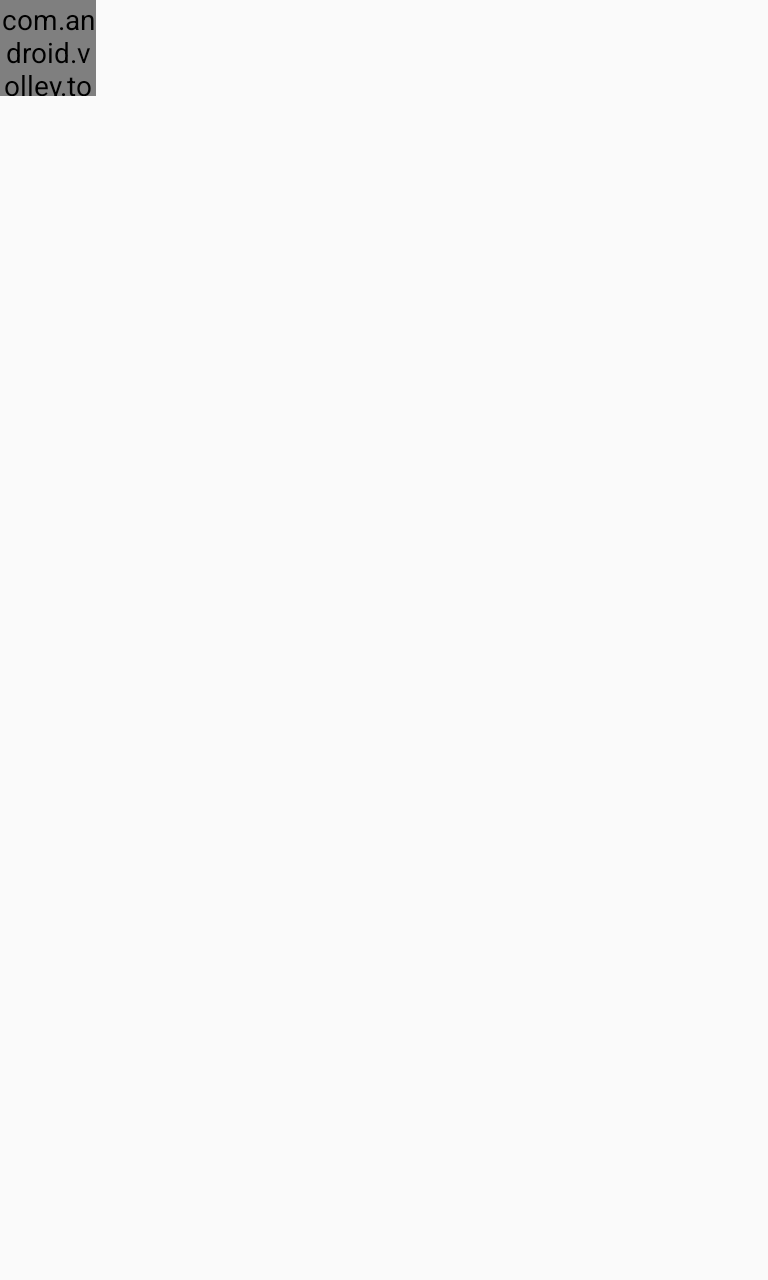
Repository: Sror/android_gdgjp_io
Layout: GoogleIOVolley/res/layout/row_beer.xml
The author's editor kept a copy of each file at every save. The layout is drawn from the files as they stood at one save, then again after the next save.
Pictures or frames that could not be fetched are drawn as grey boxes. It is drawn on a 768 x 1280 px phone screen (xhdpi) without system bars, with theme AppTheme; the app's code is not run.

Above is the layout before, as saved 2014-06-25 03:00:09.

### GoogleIOVolley/res/layout/row_beer.xml
<?xml version="1.0" encoding="utf-8"?>
<LinearLayout xmlns:android="http://schemas.android.com/apk/res/android"
    android:layout_width="match_parent"
    android:layout_height="56dp"
    android:layout_gravity="center_vertical"
    android:orientation="horizontal" >

    <com.android.volley.toolbox.NetworkImageView
        android:id="@+id/iv_thumb"
        android:layout_width="48dp"
        android:layout_height="48dp"
        android:scaleType="fitCenter" />

    <TextView
        android:id="@+id/tv_beer_name"
        android:layout_width="match_parent"
        android:layout_height="48dp"
        android:gravity="center_vertical" />

</LinearLayout>

Loaded but not shown: GoogleIOVolley/res/values/styles.xml (common file); GoogleIOVolley/res/values-v11/styles.xml (common file); GoogleIOVolley/res/values-v14/styles.xml (common file)

After the next save:
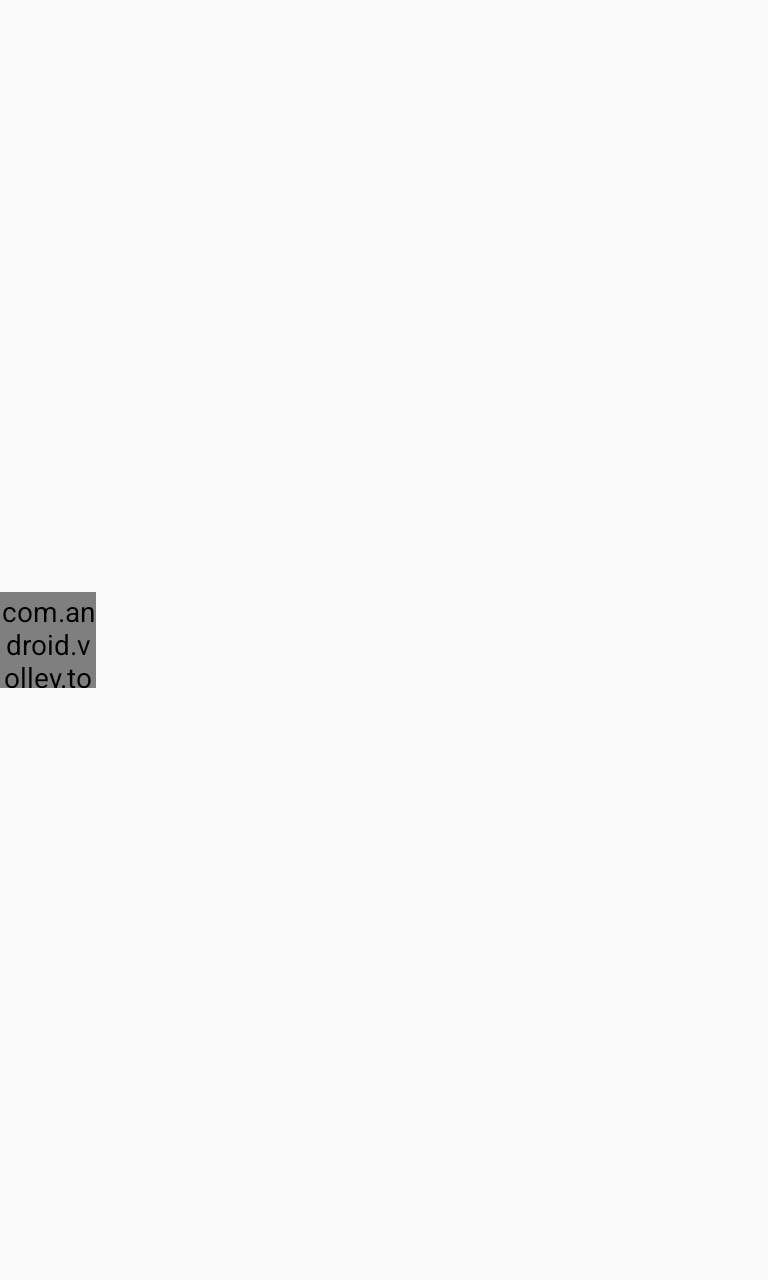
Saved 7 s later.
--- a/GoogleIOVolley/res/layout/row_beer.xml
+++ b/GoogleIOVolley/res/layout/row_beer.xml
@@ -2,7 +2,7 @@
 <LinearLayout xmlns:android="http://schemas.android.com/apk/res/android"
     android:layout_width="match_parent"
     android:layout_height="56dp"
-    android:layout_gravity="center_vertical"
+    android:gravity="center_vertical"
     android:orientation="horizontal" >
 
     <com.android.volley.toolbox.NetworkImageView
